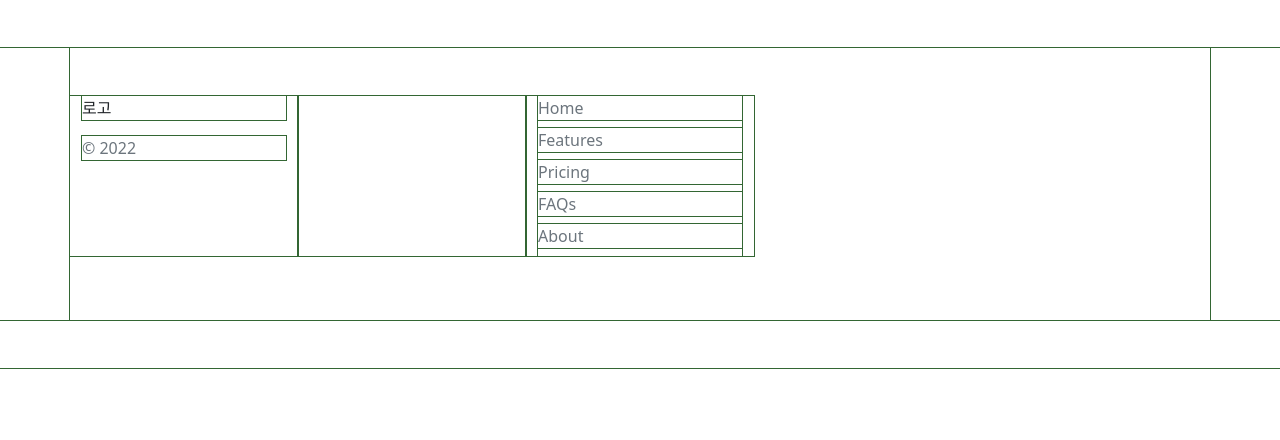
Repository: raoniee/Elice-House-Project
Page: FE/src/components/footer/footer.html
The author's editor kept a copy of each file at every save. The page is drawn from the files as they stood at one save, then again after the next save.
The browser window is 1280 px wide. The pictures show the whole page.

Above is the page before, as saved 2023-07-04 16:52:15.

After the next save:
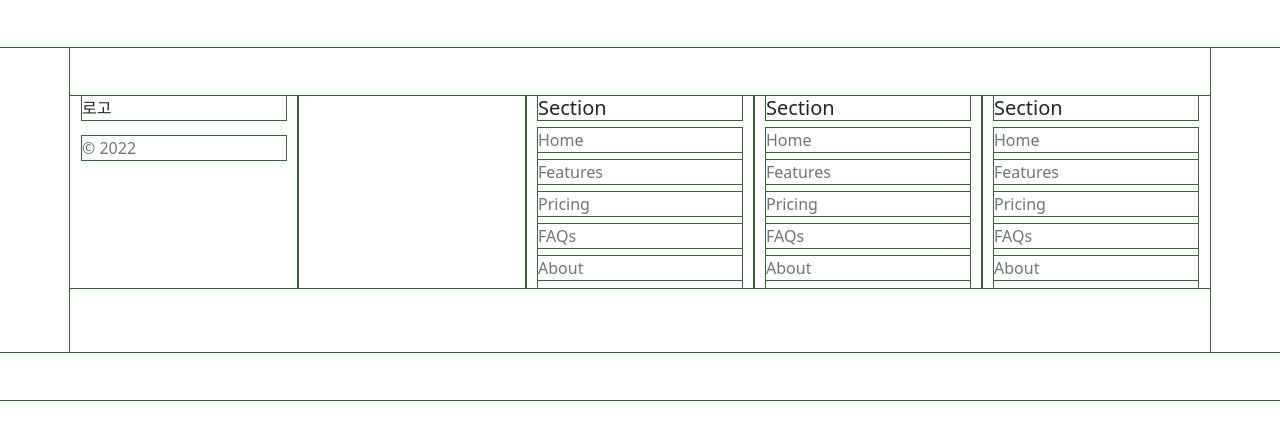
Saved 17 s later.
--- a/FE/src/components/footer/footer.html
+++ b/FE/src/components/footer/footer.html
@@ -33,6 +33,49 @@
         <div class="col mb-3"></div>
 
         <div class="col mb-3">
+          <h5>Section</h5>
+          <ul class="nav flex-column">
+            <li class="nav-item mb-2">
+              <a href="#" class="nav-link p-0 text-muted">Home</a>
+            </li>
+            <li class="nav-item mb-2">
+              <a href="#" class="nav-link p-0 text-muted">Features</a>
+            </li>
+            <li class="nav-item mb-2">
+              <a href="#" class="nav-link p-0 text-muted">Pricing</a>
+            </li>
+            <li class="nav-item mb-2">
+              <a href="#" class="nav-link p-0 text-muted">FAQs</a>
+            </li>
+            <li class="nav-item mb-2">
+              <a href="#" class="nav-link p-0 text-muted">About</a>
+            </li>
+          </ul>
+        </div>
+
+        <div class="col mb-3">
+          <h5>Section</h5>
+          <ul class="nav flex-column">
+            <li class="nav-item mb-2">
+              <a href="#" class="nav-link p-0 text-muted">Home</a>
+            </li>
+            <li class="nav-item mb-2">
+              <a href="#" class="nav-link p-0 text-muted">Features</a>
+            </li>
+            <li class="nav-item mb-2">
+              <a href="#" class="nav-link p-0 text-muted">Pricing</a>
+            </li>
+            <li class="nav-item mb-2">
+              <a href="#" class="nav-link p-0 text-muted">FAQs</a>
+            </li>
+            <li class="nav-item mb-2">
+              <a href="#" class="nav-link p-0 text-muted">About</a>
+            </li>
+          </ul>
+        </div>
+
+        <div class="col mb-3">
+          <h5>Section</h5>
           <ul class="nav flex-column">
             <li class="nav-item mb-2">
               <a href="#" class="nav-link p-0 text-muted">Home</a>
